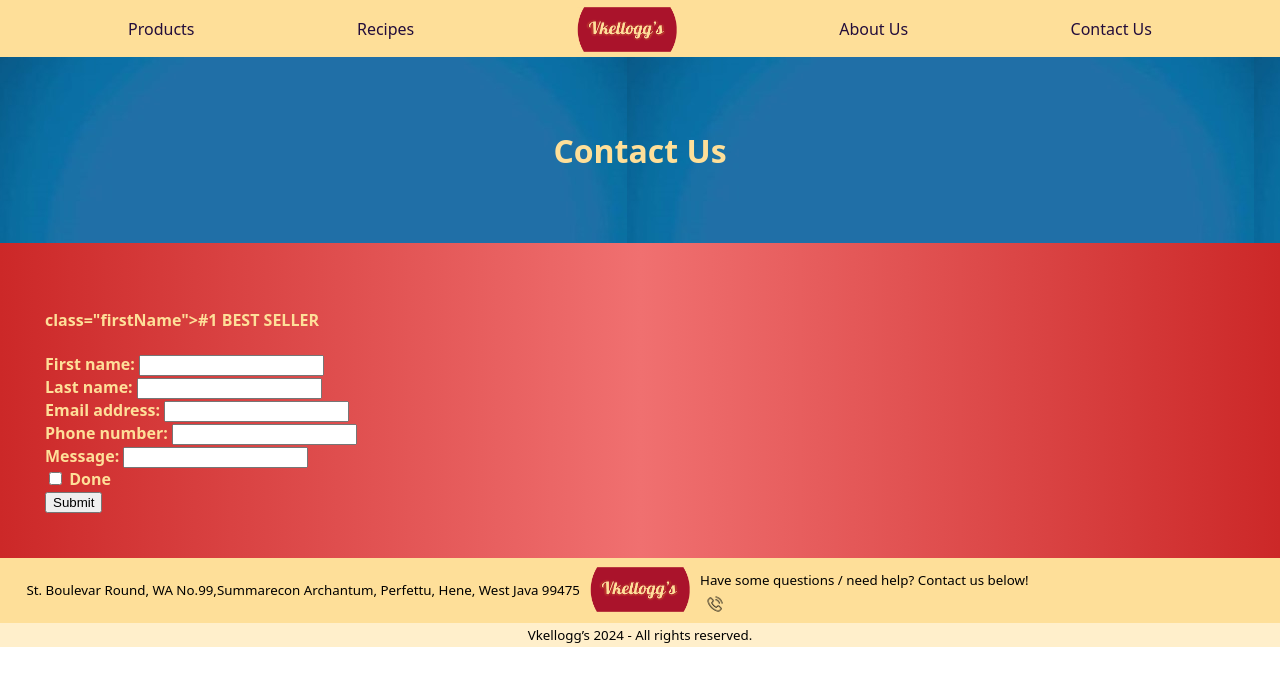
Repository: sugralld/VKelloggs
Page: Code and Assets/html/contactus.html
An editor plug-in stored every save of this project. The page is shown before and after the next save, followed by the edit.
The browser window is 1280 px wide. The pictures show the whole page.

Above is the page before, as saved 2024-12-03 20:35:37.

After the next save:
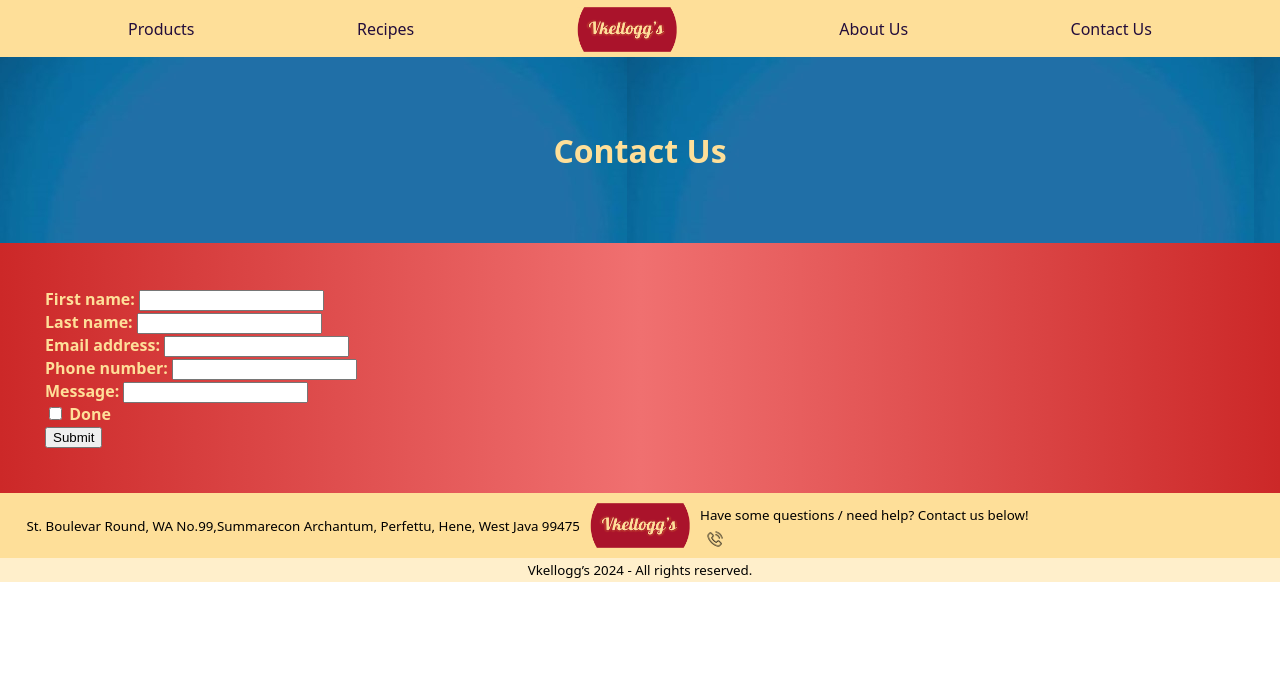
Saved 4 min 23 s later.
--- a/Code and Assets/html/contactus.html
+++ b/Code and Assets/html/contactus.html
@@ -29,7 +29,6 @@
     <!-- Form Contact Us -->
      <div class="form">
         <form action="" method = "post">
-            <h4>class="firstName">#1 BEST SELLER</h4>
             <label for="firstname">First name: </label>
             <input type="text" name="firstname" id="firstname">
             <br>
